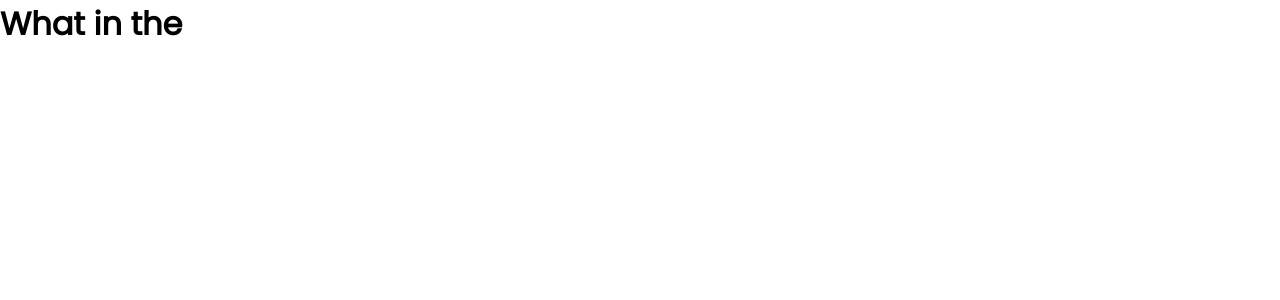
Repository: Jeffkw213/Learning_react
Page: / (app in myapp/)
An editor plug-in stored every save of this project. The page is shown before and after a run of saves, followed by the edit.
The browser window is 1280 px wide. The pictures show the whole page.
The project was rebuilt for these pictures with package versions that can differ from the ones it lists, and the page was loaded fresh each time.

Above is the page before, as saved 2021-04-27 17:09:14.

After the next 3 saves:
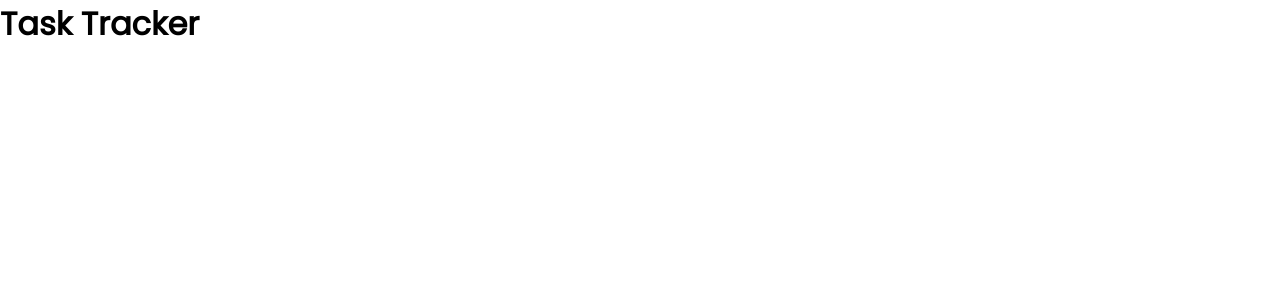
The 3 saves are shown as one change because they came seconds apart.
The last was saved 2 min 39 s later.
--- a/myapp/src/Components/header.js
+++ b/myapp/src/Components/header.js
@@ -9,7 +9,7 @@ const Header = ({title}) => {
 }
 
 Header.defaultProps = {
-    title: "What in the",
+    title: "Task Tracker",
 }
 
 Header.propTypes= {
